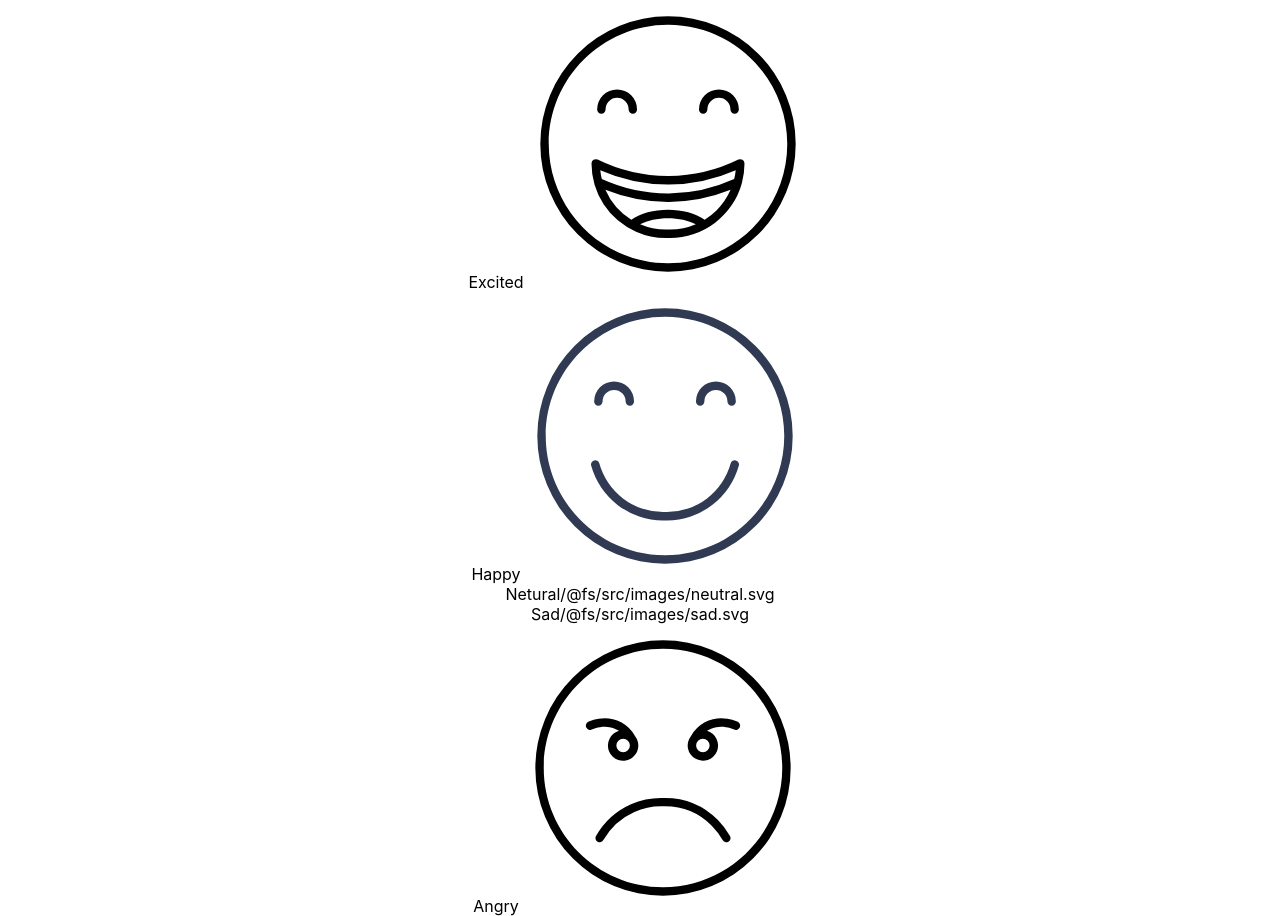
Repository: majakesin/moodify-app
Page: /
These files come from the project's save history. The page is drawn as it stood at one moment and after the next save; the edit follows.
The browser window is 1280 px wide. The pictures show the whole page.
The project was rebuilt for these pictures with package versions that can differ from the ones it lists, and the page was loaded fresh each time.

Above is the page before, as saved 2023-08-21 11:24:33.

After the next save:
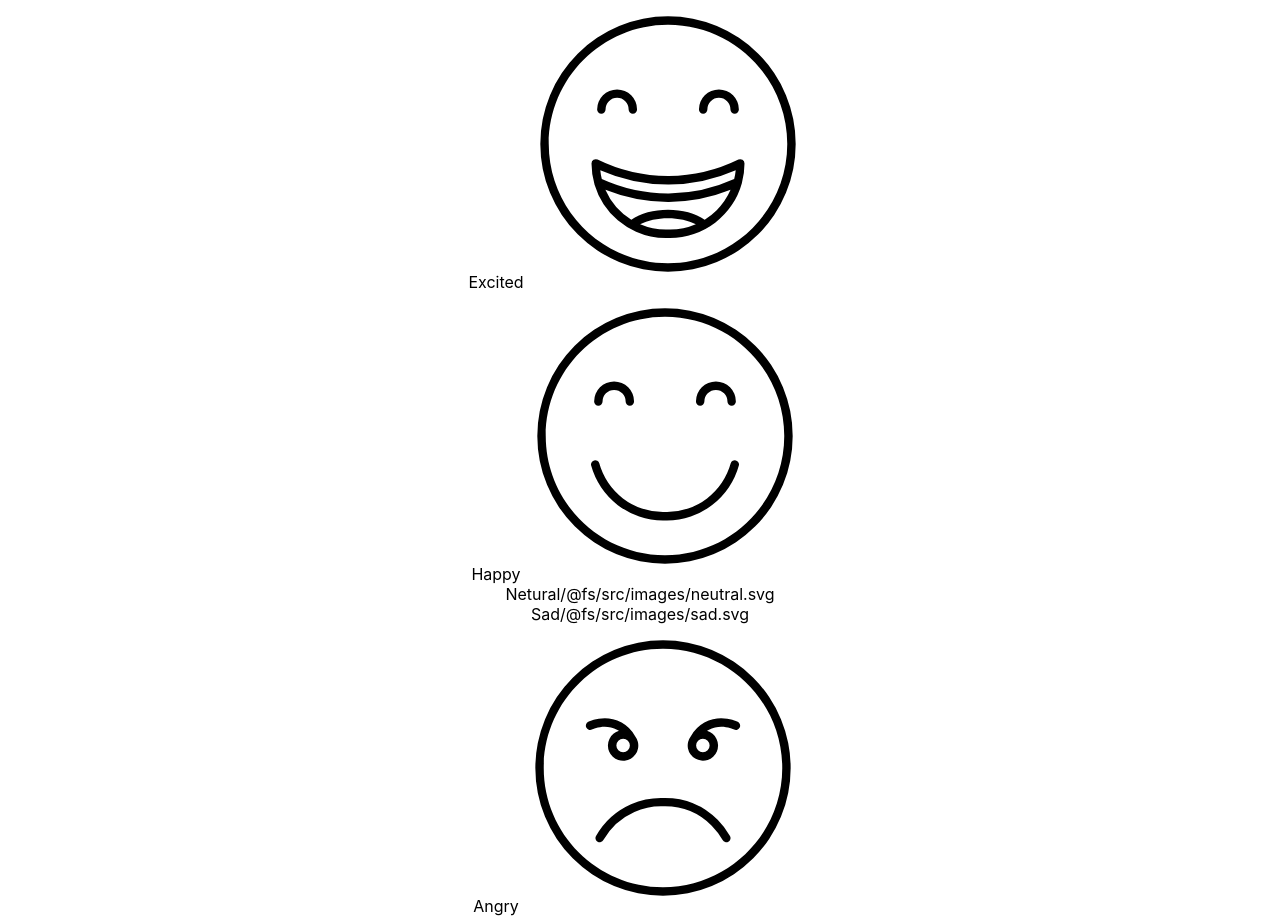
Saved 7 s later.
--- a/src/data/moods.js
+++ b/src/data/moods.js
@@ -21,7 +21,7 @@ export const moods = [
                 <defs id="SvgjsDefs1103"></defs>
                 <g id="SvgjsG1104">
                 <svg xmlns="http://www.w3.org/2000/svg" data-name="Layer 1" viewBox="0 0 512 512" width="288" height="288">
-                    <path fill="#303a52" d="M382.042,299.40674a7.496,7.496,0,0,0-9.21582,5.251A117.42927,117.42927,0,0,1,259.5,391h-7a117.41578,117.41578,0,0,1-113.32715-86.33447,7.49971,7.49971,0,1,0-14.46484,3.96875A132.417,132.417,0,0,0,252.5,406h7a132.58733,132.58733,0,0,0,127.793-97.37744A7.4999,7.4999,0,0,0,382.042,299.40674ZM416.51367,95.48682A227.00026,227.00026,0,0,0,95.48633,416.51318,227.00026,227.00026,0,0,0,416.51367,95.48682ZM256,468C139.10254,468,44,372.897,44,256S139.10254,44,256,44s212,95.103,212,212S372.89746,468,256,468ZM137.5,202a7.49974,7.49974,0,0,0,7.5-7.5,20.5,20.5,0,0,1,41,0,7.5,7.5,0,0,0,15,0,35.5,35.5,0,0,0-71,0A7.49974,7.49974,0,0,0,137.5,202Zm181,0a7.49974,7.49974,0,0,0,7.5-7.5,20.5,20.5,0,0,1,41,0,7.5,7.5,0,0,0,15,0,35.5,35.5,0,0,0-71,0A7.49974,7.49974,0,0,0,318.5,202Z" class="color2c2b2d svgShape"></path>
+                    <path fill="currentcolor" d="M382.042,299.40674a7.496,7.496,0,0,0-9.21582,5.251A117.42927,117.42927,0,0,1,259.5,391h-7a117.41578,117.41578,0,0,1-113.32715-86.33447,7.49971,7.49971,0,1,0-14.46484,3.96875A132.417,132.417,0,0,0,252.5,406h7a132.58733,132.58733,0,0,0,127.793-97.37744A7.4999,7.4999,0,0,0,382.042,299.40674ZM416.51367,95.48682A227.00026,227.00026,0,0,0,95.48633,416.51318,227.00026,227.00026,0,0,0,416.51367,95.48682ZM256,468C139.10254,468,44,372.897,44,256S139.10254,44,256,44s212,95.103,212,212S372.89746,468,256,468ZM137.5,202a7.49974,7.49974,0,0,0,7.5-7.5,20.5,20.5,0,0,1,41,0,7.5,7.5,0,0,0,15,0,35.5,35.5,0,0,0-71,0A7.49974,7.49974,0,0,0,137.5,202Zm181,0a7.49974,7.49974,0,0,0,7.5-7.5,20.5,20.5,0,0,1,41,0,7.5,7.5,0,0,0,15,0,35.5,35.5,0,0,0-71,0A7.49974,7.49974,0,0,0,318.5,202Z" class="color2c2b2d svgShape"></path>
                 </svg>
                 </g>
             </svg> ,
